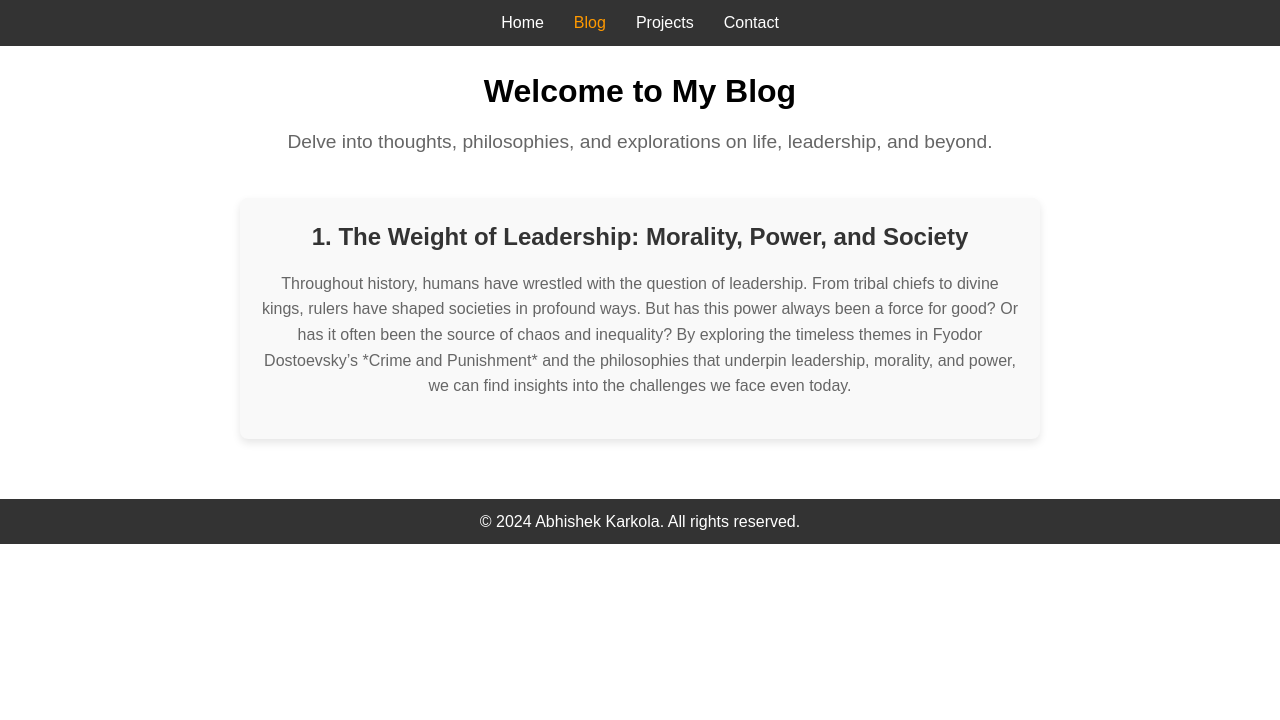
Repository: APersonalVoyage/APersonalVoyage.github.io
Page: blog.html
An editor plug-in stored every save of this project. The page is shown before and after the next save, followed by the edit.
The browser window is 1280 px wide. The pictures show the whole page.

Above is the page before, as saved 2024-11-16 22:17:20.

After the next save:
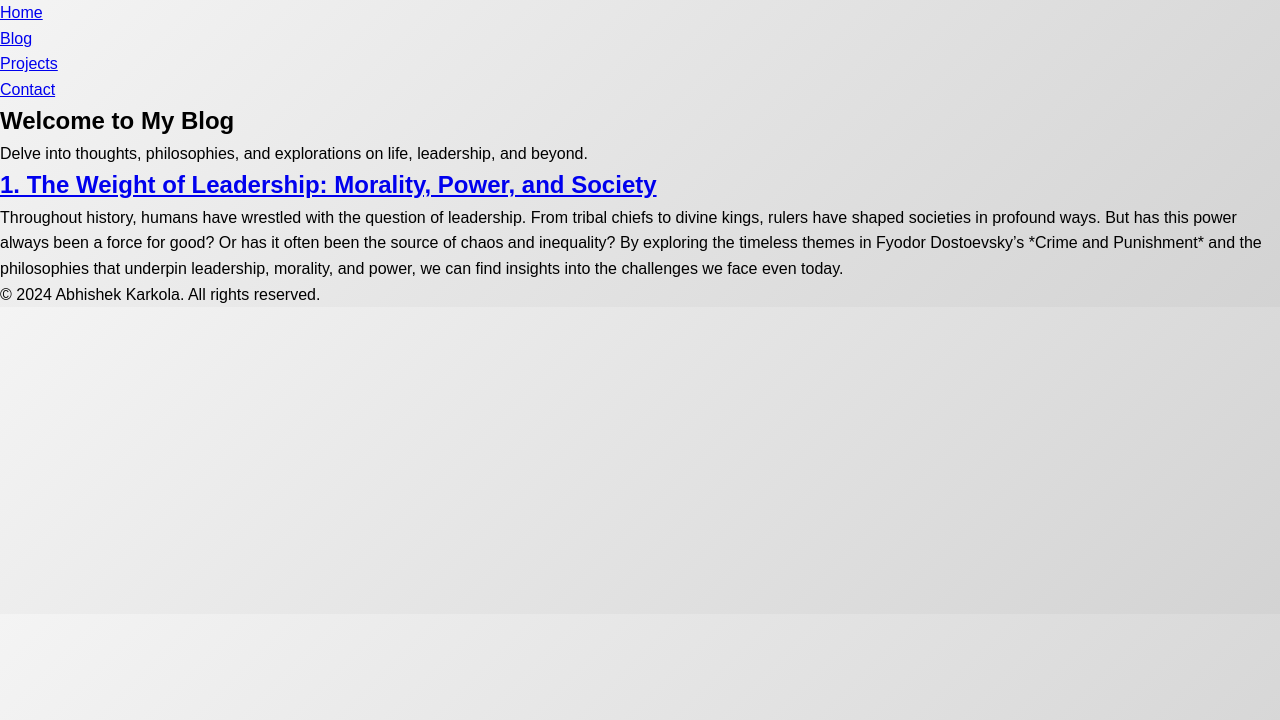
Saved 103 s later.
--- a/blog.css
+++ b/blog.css
@@ -1,4 +1,4 @@
-/* General reset and layout */
+/* General Reset */
 * {
   margin: 0;
   padding: 0;
@@ -8,93 +8,82 @@
 body {
   font-family: Arial, sans-serif;
   line-height: 1.6;
+  margin: 0;
+  padding: 0;
+  background: linear-gradient(135deg, #f4f4f4, #d3d3d3); /* Consistent gradient background */
 }
 
-header {
-  background-color: #333;
+.header {
+  background: #222; /* Darker color for the header */
+  color: white;
   padding: 10px 0;
 }
 
-.nav-links {
+.navbar {
   display: flex;
-  justify-content: center;
-  list-style: none;
+  justify-content: center; /* Centers the navigation items */
+  align-items: center;
 }
 
-.nav-link {
+.navbar .nav-list {
+  list-style: none;
+  display: flex; /* Aligns items horizontally */
+  padding: 0;
+  margin: 0;
+}
+
+.navbar .nav-link {
   color: white;
   text-decoration: none;
-  padding: 0 15px;
+  padding: 10px 20px;
 }
 
-.nav-link:hover,
-.nav-link.active {
-  color: #ff9900;
-}
-
-/* Main section styling */
-.blog-section-container {
-  padding: 20px;
-  text-align: center;
-}
-
-.blog-header {
-  margin-bottom: 40px; /* Adds space between title and blog post */
-}
-
-.title {
-  font-size: 2rem;
-  margin-bottom: 10px; /* Space below title */
-}
-
-.section__text {
-  font-size: 1.2rem;
-  color: #666;
-  margin-bottom: 40px;
-}
-
-.blog-containers {
-  display: flex;
-  flex-direction: column;
-  align-items: center; /* Aligns blog posts to the center */
-  gap: 30px; /* Space between posts */
-}
-
-.blog-details {
-  background-color: #f9f9f9;
-  padding: 20px;
-  width: 80%; /* Makes sure the blog posts aren't too wide */
-  max-width: 800px; /* Limits the maximum width */
-  border-radius: 8px;
-  box-shadow: 0 4px 8px rgba(0, 0, 0, 0.1);
-}
-
-.project-title {
-  font-size: 1.5rem;
-  margin-bottom: 15px;
-}
-
-.blog-link {
-  text-decoration: none;
-  color: #333;
-}
-
-.blog-link:hover {
+.navbar .nav-link:hover {
   color: #ff9900; /* Highlight on hover */
 }
 
-.blog-summary {
-  font-size: 1rem;
-  color: #666;
-  line-height: 1.6;
-  margin-bottom: 20px;
+.main-content {
+  padding: 20px;
+  max-width: 800px;
+  margin: 0 auto;
+  background: white;
 }
 
-/* Footer Styling */
-footer {
-  background-color: #333;
+.blog-article {
+  margin: 20px;
+}
+
+.blog-article-title {
+  font-size: 2rem;
+  font-weight: bold;
+  margin-bottom: 10px;
+}
+
+.blog-article-intro {
+  font-size: 1.2rem;
+  color: #555;
+}
+
+.blog-body {
+  font-size: 1rem;
+  color: #333;
+  margin-top: 20px;
+}
+
+.subheading {
+  font-size: 1.5rem;
+  margin-top: 20px;
+}
+
+.philosophers-list,
+.reflection-questions {
+  margin-left: 20px;
+}
+
+.footer {
+  text-align: center;
+  background: #222; /* Matches the header */
   color: white;
-  text-align: center;
-  padding: 10px 0;
-  margin-top: 40px;
+  padding: 10px;
+  margin-top: 20px;
 }
